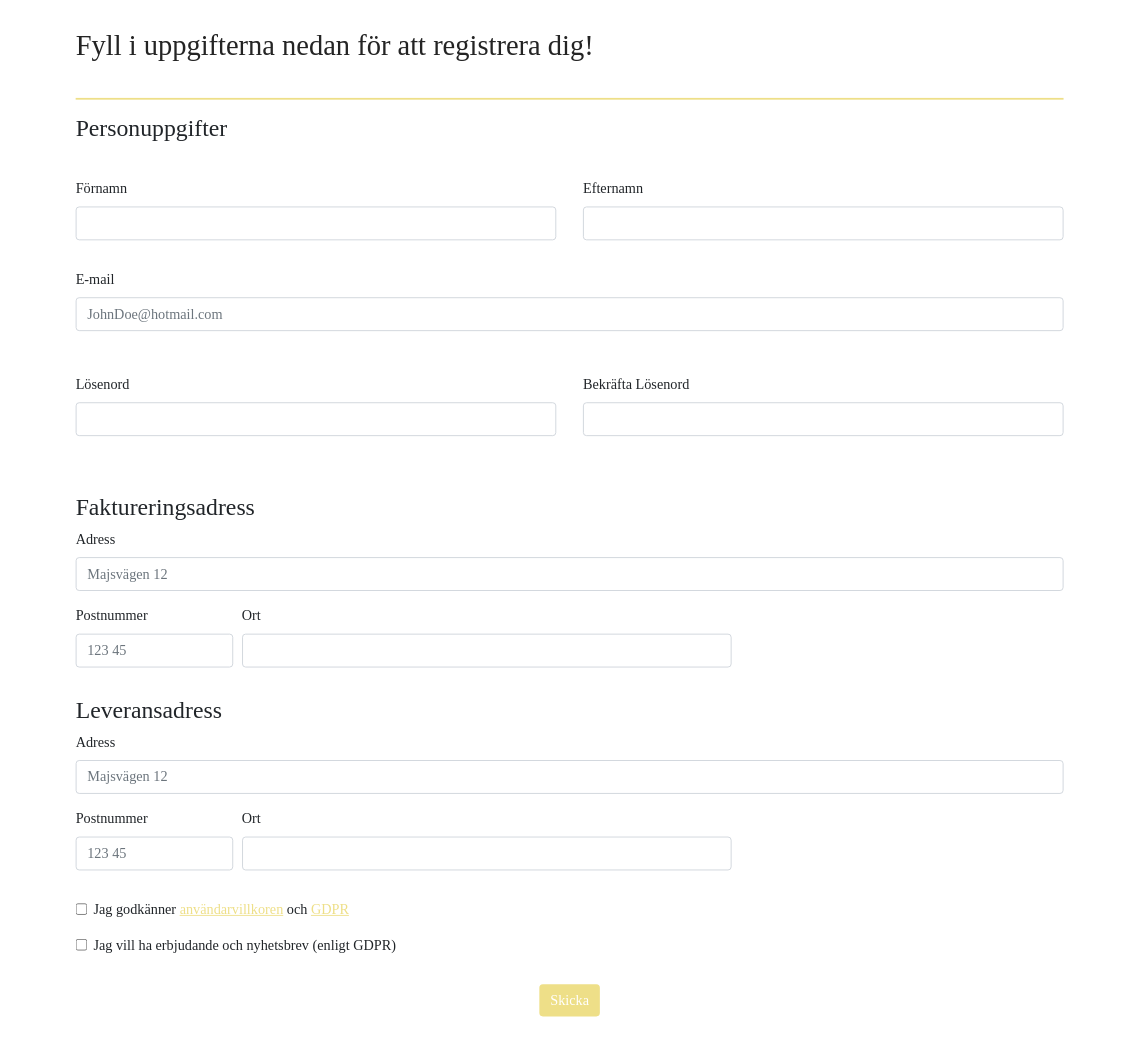
Repository: skepp4rn/Liamsuppgift3
Page: index.html
These files come from the project's save history. The page is drawn as it stood at one moment and after the next save; the edit follows.
The browser window is 1280 px wide. The pictures show the whole page, at 89% of full size.
Some web libraries are served in a nearby version.

Above is the page before, as saved 2020-12-06 13:31:37.
Console error (its wording comes from the project's code and is left out).

After the next save:
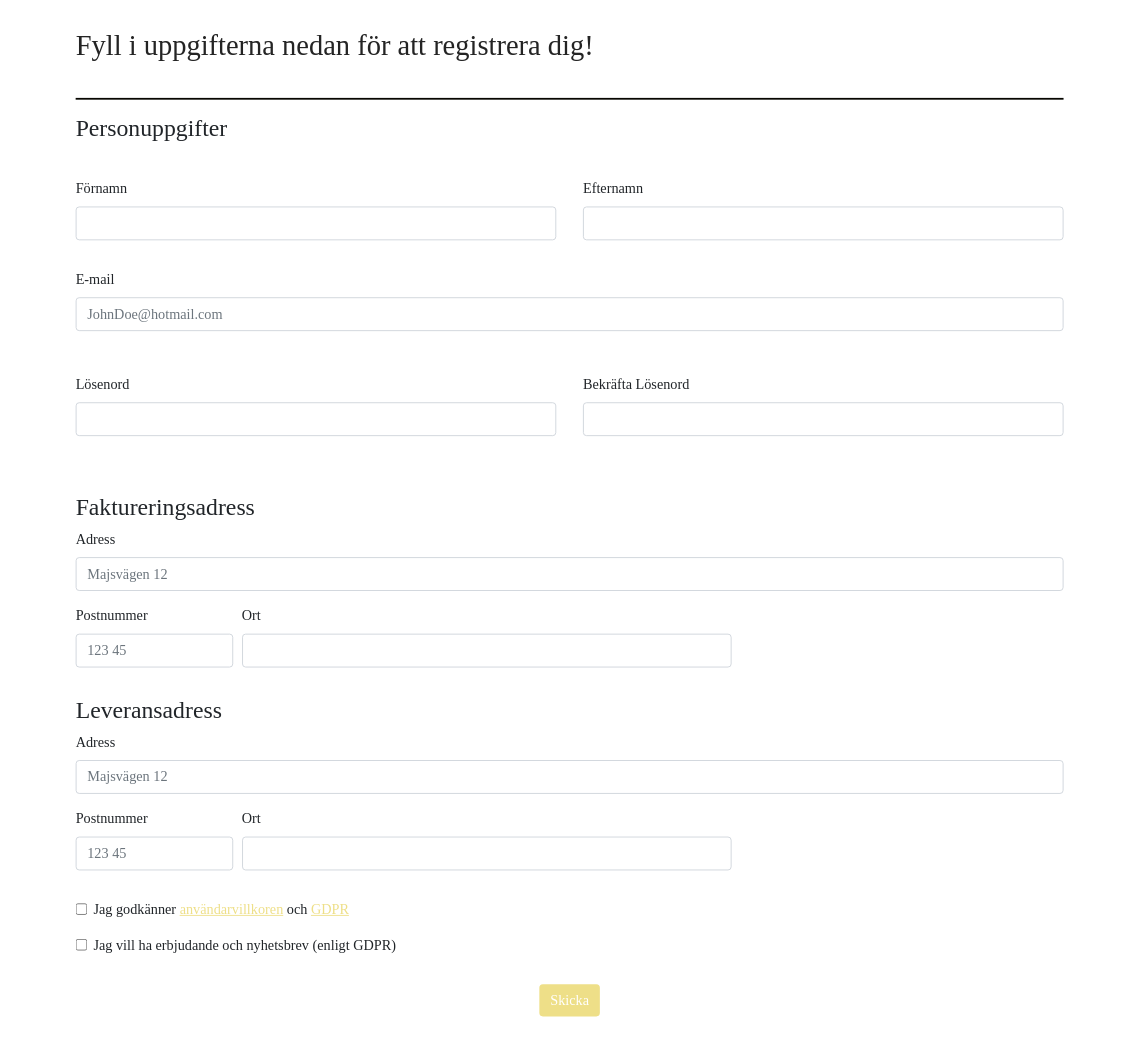
Saved 49 s later.
--- a/css/style.css
+++ b/css/style.css
@@ -20,7 +20,7 @@ h3{font-size:20pt}.container{width:95vw;margin:auto}
 #exampleInputPassword2{color:#b6b6b6}
 .button-center{padding-top:1rem;display:flex;justify-content:center}
 .colorbutton{background-color:#eedf88;border:none}
-.line1{height:2px;background-color:#eedf88;margin-bottom:1rem}
+.line1{height:2px;background-color:#070600;margin-bottom:1rem}
 .bottom{margin-bottom:2rem}
 .linktext{color:#eedf88;text-decoration:underline}
 .thanks{border:2px solid #eedf88;border-radius:10px;display:grid;grid-template-columns:1fr;grid-template-rows:3fr 1fr;justify-items:center;margin-top:8rem}
